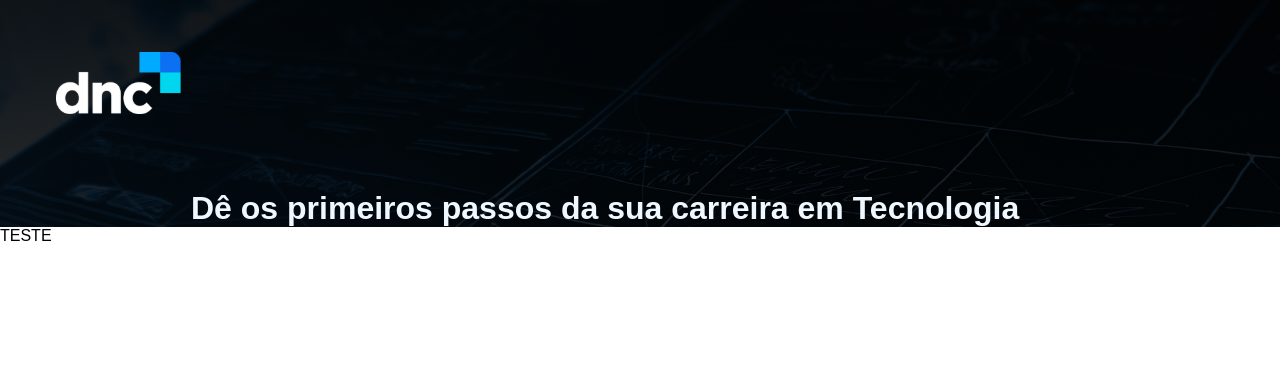
Repository: kleber-goncalves/Landing-Page-dnc
Page: src/index.html
The author's editor kept a copy of each file at every save. The page is drawn from the files as they stood at one save, then again after a run of saves.
The browser window is 1280 px wide. The pictures show the whole page.

Above is the page before, as saved 2024-12-09 19:34:39.

After the next 2 saves:
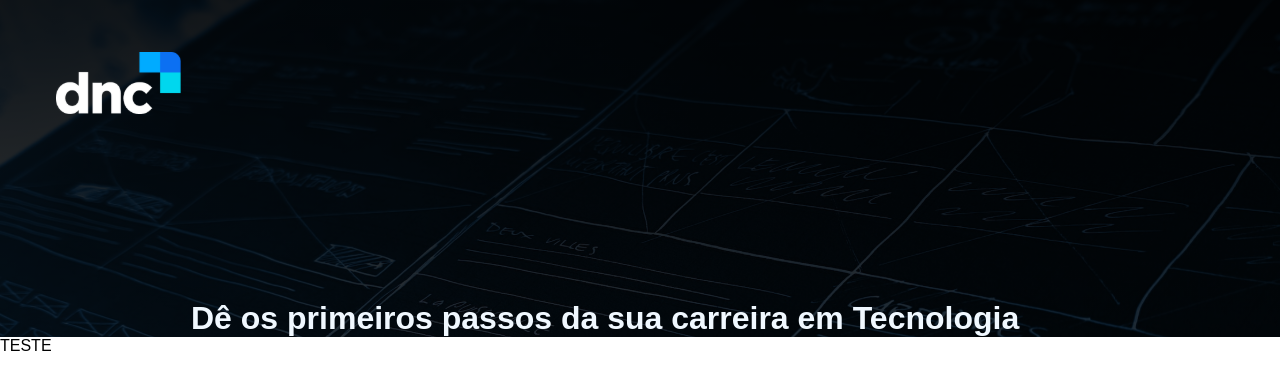
The 2 saves are shown as one change because they came seconds apart.
The last was saved 36 s later.
--- a/src/style.css
+++ b/src/style.css
@@ -22,5 +22,5 @@
 #titulo {
   display: flex;
   margin-left: 10px;
-  margin-top: 190px;
+  margin-top: 300px;
 }
